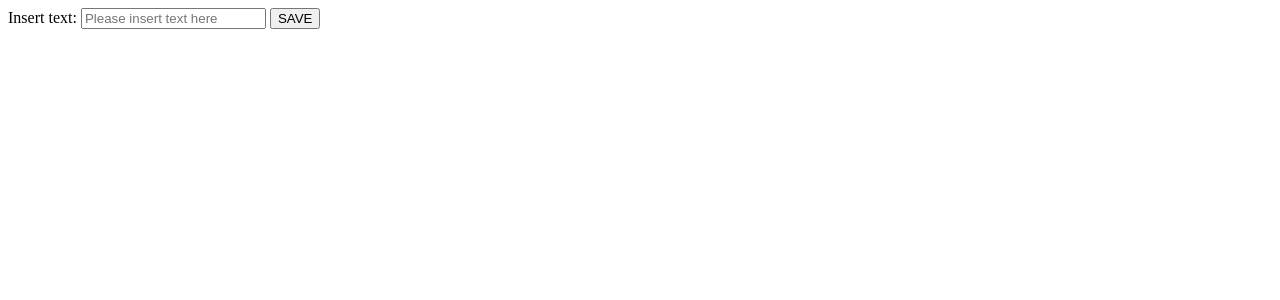
Repository: Micheal11/ReverseStringAssignment
Page: src/MyWidget/widget/template/MyWidget.html
An editor plug-in stored every save of this project. The page is shown before and after the next save, followed by the edit.
The browser window is 1280 px wide. The pictures show the whole page.

Above is the page before, as saved 2017-07-19 05:05:43.

### src/MyWidget/widget/template/MyWidget.html
<div class="widgetname">
    <form>
        <div class=f orm group>
            Insert text: <input type="text" class="form-control" placeholder="Please insert text here" data-dojo-attach-point="textToReverse">
            <button type="button" data-dojo-attach-event="onClick: reversedString">SAVE</button>
        </div>
    </form>
    <div class="widgetname-reverseText" data-dojo-attach-point="reverseText" />
</div>

After the next save:
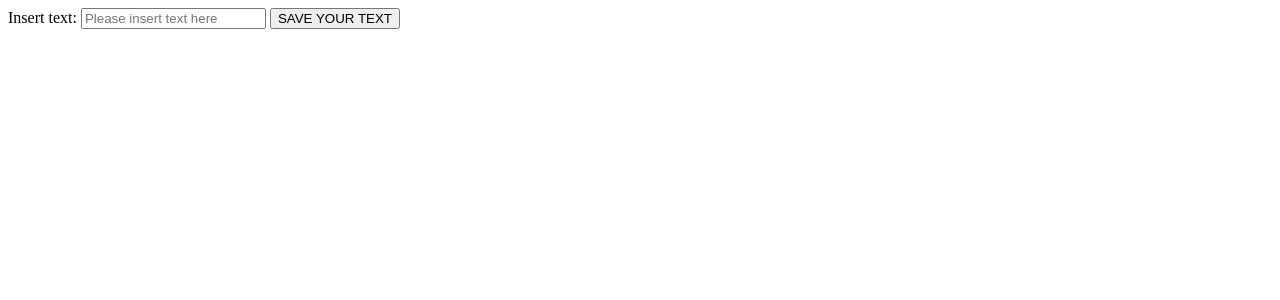
Saved 5 min 35 s later.
--- a/src/MyWidget/widget/template/MyWidget.html
+++ b/src/MyWidget/widget/template/MyWidget.html
@@ -2,7 +2,7 @@
     <form>
         <div class=f orm group>
             Insert text: <input type="text" class="form-control" placeholder="Please insert text here" data-dojo-attach-point="textToReverse">
-            <button type="button" data-dojo-attach-event="onClick: reversedString">SAVE</button>
+            <button type="button" data-dojo-attach-event="onClick: reversedString">SAVE YOUR TEXT</button>
         </div>
     </form>
     <div class="widgetname-reverseText" data-dojo-attach-point="reverseText" />
